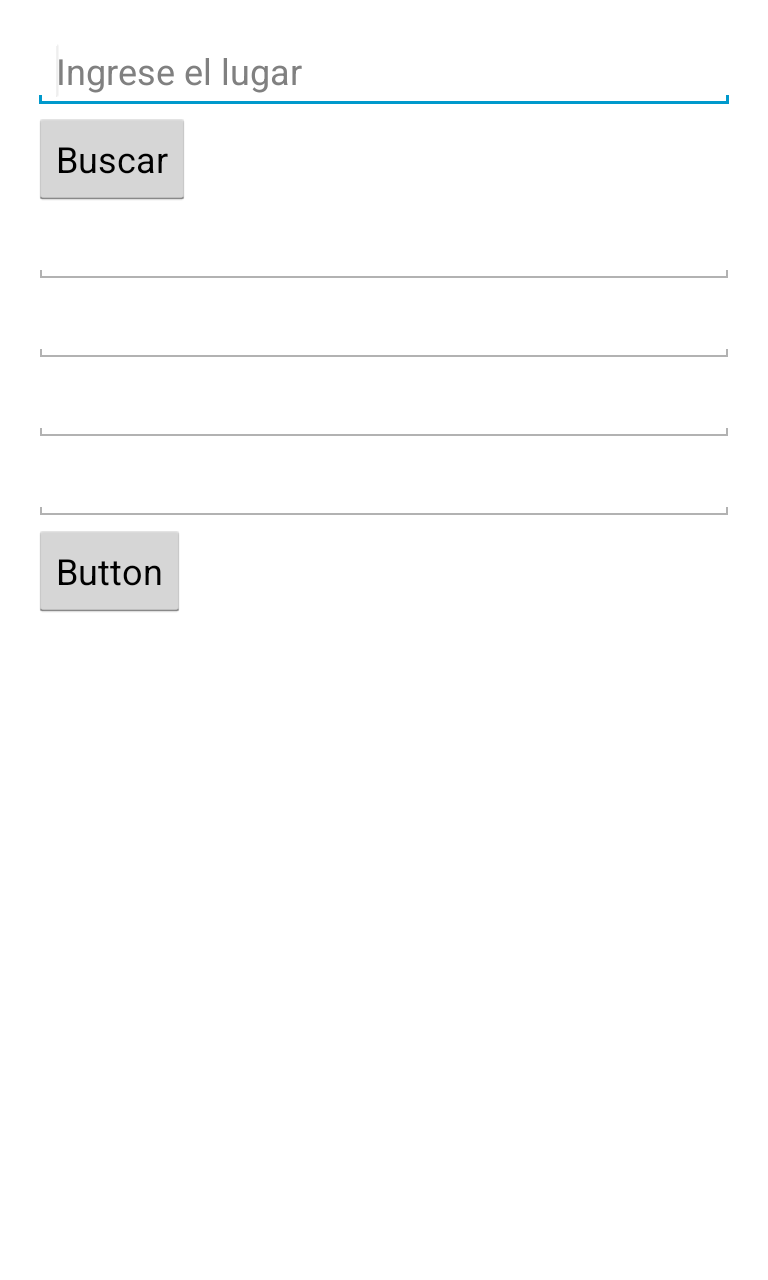
Repository: unmultimedio/android-cymetria-manizales
Layout: workspace/Weather/res/layout/fragment_main.xml
The author's editor kept a copy of each file at every save. The layout is drawn from the files as they stood at one save, then again after the next save.
It is drawn on a 768 x 1280 px phone screen (xhdpi) without system bars, with theme AppTheme; the app's code is not run.

Above is the layout before, as saved 2014-07-25 23:27:03.

After the next save:
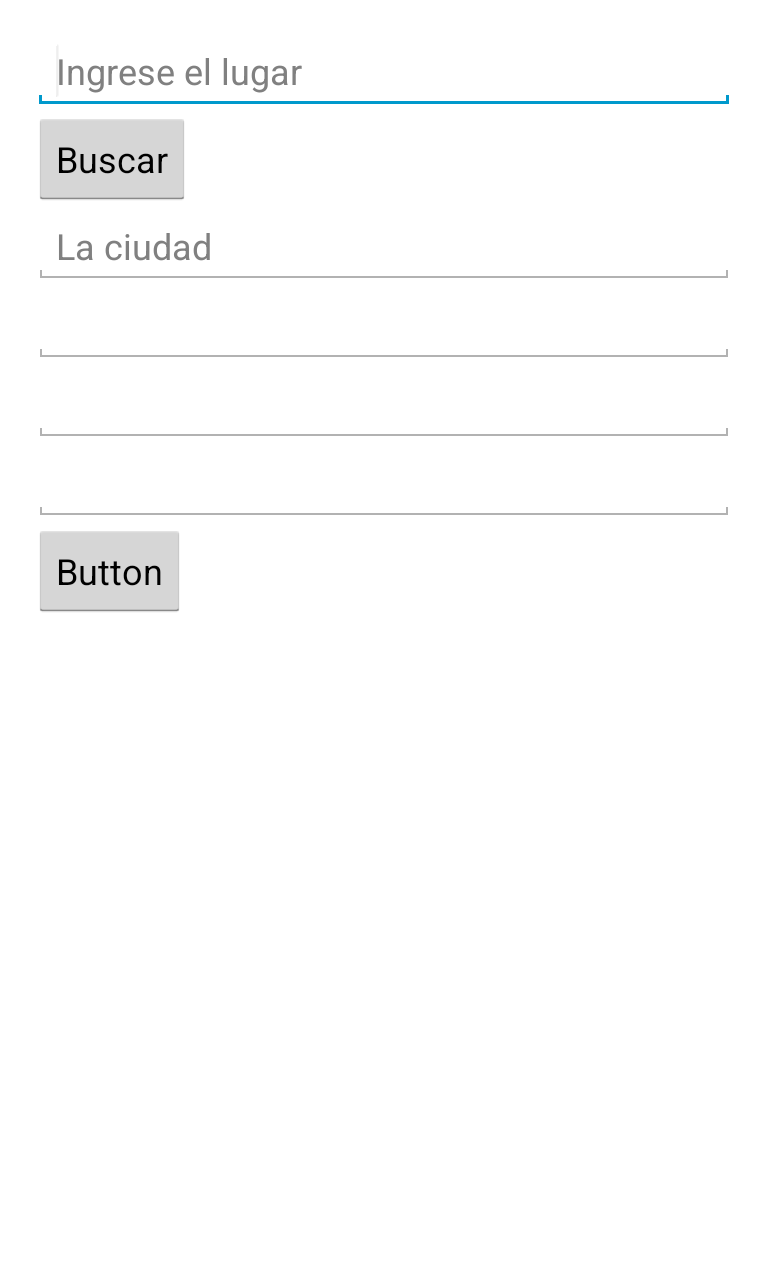
Saved 11 s later.
--- a/workspace/Weather/res/layout/fragment_main.xml
+++ b/workspace/Weather/res/layout/fragment_main.xml
@@ -30,7 +30,8 @@
         android:id="@+id/city"
         android:layout_width="match_parent"
         android:layout_height="wrap_content"
-        android:ems="10" />
+        android:ems="10"
+        android:hint="La ciudad" />
 
     <EditText
         android:id="@+id/editText3"
